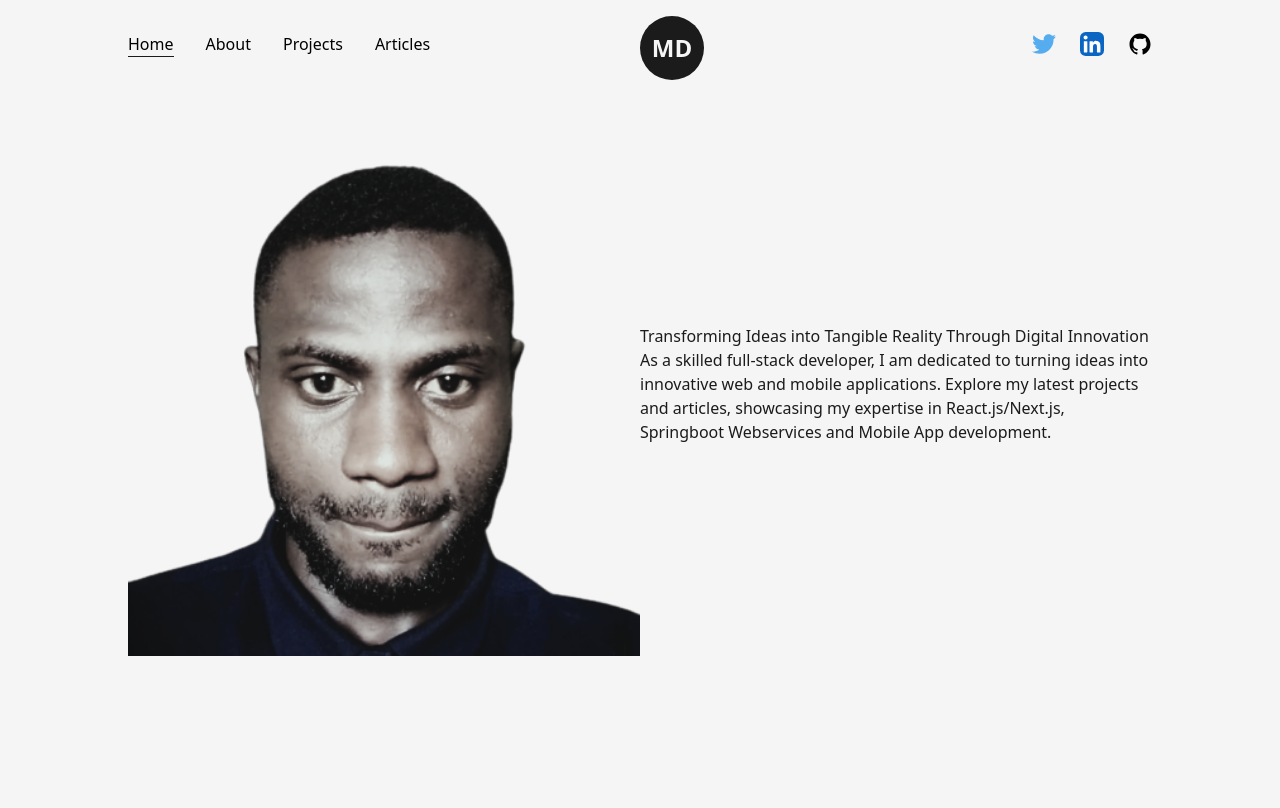
Repository: marcusdashe/situs
Page: /
An editor plug-in stored every save of this project. The page is shown before and after the next save, followed by the edit.
The browser window is 1280 px wide. The pictures show the whole page.
The project was rebuilt for these pictures with package versions that can differ from the ones it lists, and the page was loaded fresh each time. The framework's server and built-in components were replaced by stand-ins that run in the browser.

Above is the page before, as saved 2023-06-15 17:31:45.

After the next save:
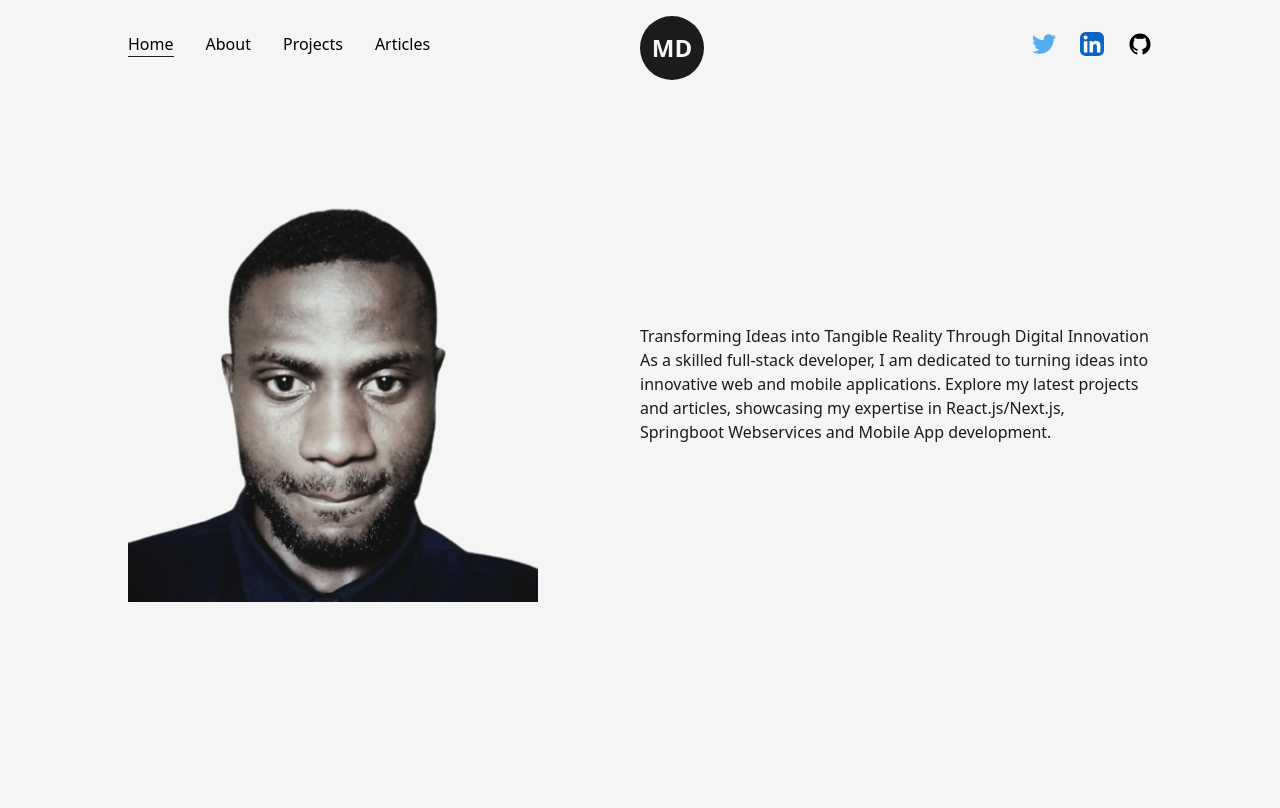
Saved 27 s later.
--- a/src/pages/index.js
+++ b/src/pages/index.js
@@ -16,7 +16,7 @@ export default function Home() {
       <main className="flex items-center text-dark w-full min-h-screen">
         <Layout className="pt-0">
           <div className=" w-full flex items-center justify-between">
-            <div className="w-1/2">
+            <div className="w-2/5">
               <Image
                 src={profilePic}
                 alt="Marcus Dashe"
